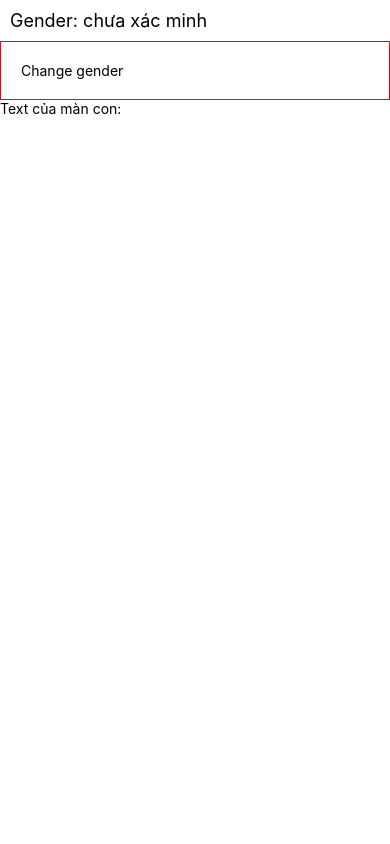
Repository: web345/test
Screen: /
These files come from the project's save history. The screen is drawn as it stood at one moment and after the next save; the edit follows.
The app was drawn by React Native's web renderer in a window 390 px wide. The project was rebuilt for these pictures with package versions that can differ from the ones it lists, and the page was loaded fresh each time.

Above is the screen before, as saved 2021-08-17 14:29:38.

After the next save:
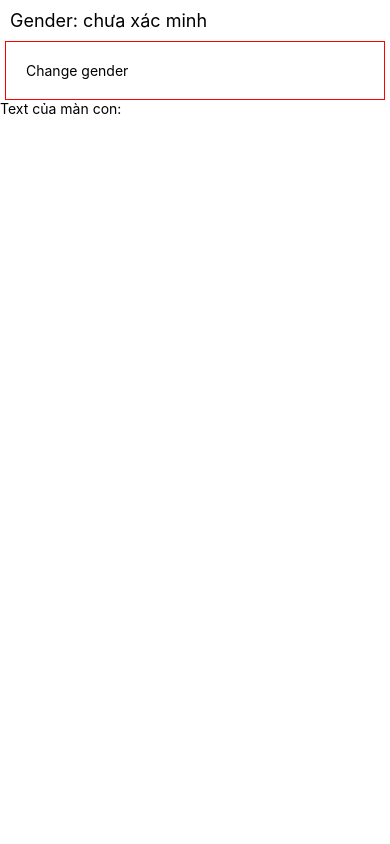
Saved 20 s later.
--- a/App.js
+++ b/App.js
@@ -24,5 +24,7 @@ const style =StyleSheet.create({
     borderWidth: 1,
     padding: 20,
     borderColor: "red",
+    marginLeft: 5,
+    marginRight: 5,
   },
 });
